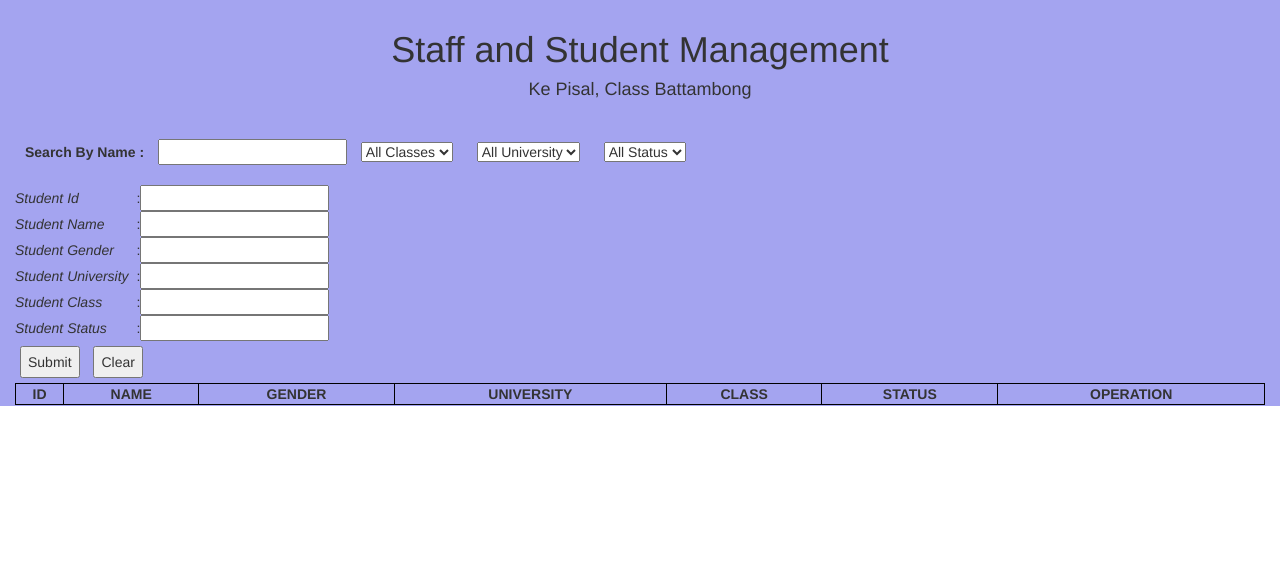
Repository: kepisal/ServletJAVA
Page: http://localhost/AjaxStaffandStudent/
An editor plug-in stored every save of this project. The page is shown before and after the next save, followed by the edit.
The browser window is 1280 px wide. The pictures show the whole page.
The page is served by Tomcat 9. Queries for data that is not in the repository find no rows.

Above is the page before, as saved 2015-07-10 16:41:23.

After the next save:
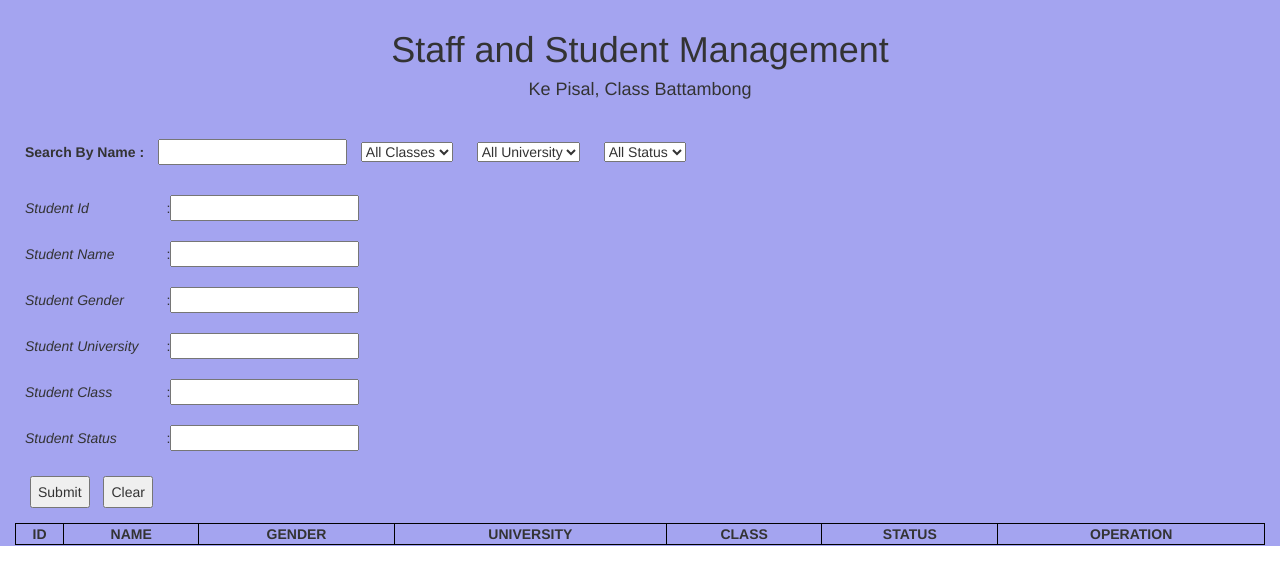
Saved 8 s later.
--- a/AjaxStaffandStudent/WebContent/index.jsp
+++ b/AjaxStaffandStudent/WebContent/index.jsp
@@ -52,7 +52,7 @@ button {
 	height: 32px
 }
 
-.stuform tr {
+.stuform td {
 	padding: 10px;
 	border: 0px;
 }
